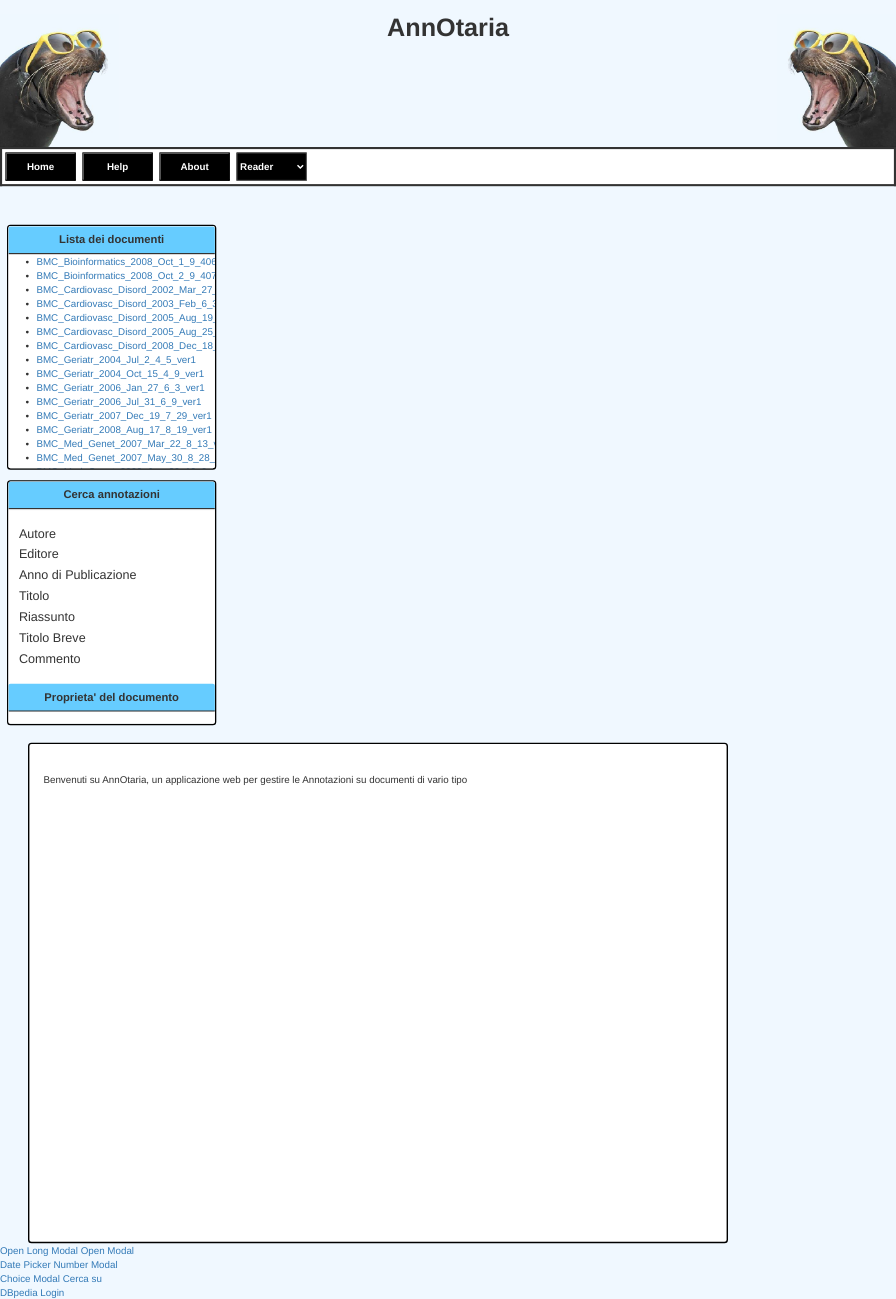
Repository: Bratu92/AnnOtaria
Page: AnnOtaria/View/index.html
The author's editor kept a copy of each file at every save. The page is drawn from the files as they stood at one save, then again after the next save.
The browser window is 1280 px wide. The pictures show the whole page, at 70% of full size.
Some web libraries are served in a nearby version.

Above is the page before, as saved 2015-02-02 16:36:19.

### AnnOtaria/View/index.html
<!DOCTYPE html PUBLIC "-//W3C//DTD HTML 4.01 Transitional//EN" "http://www.w3.org/TR/html4/loose.dtd">
<html>
	<head>
		<title>AnnoOtaria - Title of Document 1</title>
		<script type="text/javascript" src="../lib/jquery-2.1.3.js"></script>
		<!-- Latest compiled and minified CSS -->
		<link rel="stylesheet" href="https://maxcdn.bootstrapcdn.com/bootstrap/3.3.2/css/bootstrap.min.css">

		<!-- Optional theme -->
		<link rel="stylesheet" href="https://maxcdn.bootstrapcdn.com/bootstrap/3.3.2/css/bootstrap-theme.min.css">

		<!-- Latest compiled and minified JavaScript -->
		<script src="https://maxcdn.bootstrapcdn.com/bootstrap/3.3.2/js/bootstrap.min.js"></script>
		<link type="text/css" rel="stylesheet" href="../Css/layoutindex.css"/>
		<link type="text/css" rel="stylesheet" href="../Css/longTextModal.css"/>
		<link type="text/css" rel="stylesheet" href="../Css/shortTextModal.css"/>
		<link type="text/css" rel="stylesheet" href="../Css/numberModal.css"/>
		<link type="text/css" rel="stylesheet" href="../Css/choiceModal.css"/>
		<link type="text/css" rel="stylesheet" href="../Css/layoutDBPedia.css"/>

		<script type="text/javascript" src="../Js/index.js"></script>
		<script type="text/javascript" src="../Js/get_annotations.js"></script>
		<script type="text/javascript" src="../Js/jsDBPedia.js"></script>
		<link href="http://ajax.googleapis.com/ajax/libs/jqueryui/1.8/themes/base/jquery-ui.css" rel="stylesheet" type="text/css"/>
	    <script type="text/javascript" src="http://ajax.googleapis.com/ajax/libs/jquery/1.6.2/jquery.min.js"></script>
        <script src="http://ajax.googleapis.com/ajax/libs/jqueryui/1.8/jquery-ui.min.js"></script>

	</head>
	<body>
		<div class="box0">
			<img class="imgSinistra" src="../File/otariaSinistra.jpg">
			<img class="imgDestra"src="../File/otariaDestra.jpg">
			<h1>AnnOtaria</h1>
		</div>
		<br><br><br><br>
		<div class="menuBar">
		   <table class="tableIndex">
		   <tr class="rigaIndex">
	            <td class="cellaIndex"><input class="menuButton" type="button" onclick="fHelp()" value="Home" name="Home"/></td>
				<td class="cellaIndex"><input class="menuButton" type="button" onclick="fHelp()" value="Help" name="Help"/></td>
				<td class="cellaIndex"><input class="menuButton" type="button" onclick="fAbout()" value="About" name="About"/></td>

				<td class="cellaIndex">
					<select class="selectpicker" onChange="cambiaModalita()" id="mode" >	<!--  class="apri" id="modedata-target="#login"  -->
						<option class="menuOption">Reader</option>
						<option class="menuOption">Annotator</option>
					</select>
				</td>

		   </tr></table>
		</div>

		<div class="box1"><br>
			<div class="metaArea">
				<div class="proprieta">
					<div class="panel-group" id="accordion">
          				<div class="panel-heading">
            				<h1 class="panel-title">
              					<a data-toggle="collapse" data-parent="#accordion" href="#collapse1">Lista dei documenti</a>
            				</h1>
          				</div>
          				<div id="collapse1" class="panel-collapse collapse in">
            				<ul id="list"></ul>
          				</div>
          				<div class="panel-heading">
            				<h1 class="panel-title">
             					<a data-toggle="collapse" href="#collapse2">Proprieta' del documento</a>
            				</h1>
          				</div>
          				<div id="collapse2" class="panel-collapse collapse">
            				<div class="panel-body">
           						COLLASSA!
          					</div>
        				</div>
      				</div>
      			</div>

				<div class="proprieta">
					<div class="panel-group" id="accordion">
          				<div class="panel-heading">
            				<h1 class="panel-title">
              					<a data-toggle="collapse" data-parent="#accordion" href="#collapse3">Cerca annotazioni</a>
            				</h1>
          				</div>
          				<div id="collapse3" class="panel-collapse collapse in">
          					<div class="panel-body">
           						<!-- Annotazioni sul documento -->
								<div id="annDocumento" >
									<div id="ann_autore" class="annotazioni_doc">
										<h4>Autore</h4>
										<ul id="ul_hasAuthor">
										</ul>
									</div>
									<div id="ann_editore" class="annotazioni_doc">
										<h4>Editore</h4>
										<ul id="ul_hasPublisher">
										</ul>
									</div>
									<div id="ann_anno" class="annotazioni_doc">
										<h4>Anno di Publicazione</h4>
										<ul id="ul_hasPublicationYear">
										</ul>
									</div>
									<div id="ann_titolo" class="annotazioni_doc">
										<h4>Titolo</h4>
										<ul id="ul_hasTitle">
										</ul>
									</div>
									<div id="ann_riassunto" class="annotazioni_doc">
										<h4>Riassunto</h4>
										<ul id="ul_hasAbstract">
										</ul>
									</div>
									<div id="ann_titoloBreve" class="annotazioni_doc">
										<h4>Titolo Breve</h4>
										<ul id="ul_hasShortTitle">
										</ul>
									</div>
									<div id="ann_commento" class="annotazioni_doc">
										<h4>Commento</h4>
										<ul id="ul_hasComment">
										</ul>
									</div>

								</div><!--#annotazioni-->
          					</div>
          				</div>
          				<div class="panel-heading">
            				<h1 class="panel-title">
             					<a data-toggle="collapse" href="#collapse4">Proprieta' del documento</a>
            				</h1>
          				</div>
          				<div id="collapse4" class="panel-collapse collapse">
            				<div class="panel-body">
           						Filtri!
          					</div>
        				</div>
      				</div>
      			</div>
			</div>




			<div class="mainArea">
				<h2 id="title"></h2>
				<p id="contenuto"> Benvenuti su AnnOtaria, un applicazione web per gestire le Annotazioni su documenti di vario tipo</p>
			</div>
		</div>







<!------------------------------------------ MODAL WINDOWS ----------------------------------------------->
	<div class="trick">
		<a href="#longTextModal">Open Long Modal</a>
		<div id="longTextModal" class="modalDialog">
			<div>
				<a href="#close" title="Close" class="close">X</a>
				<h4>Inserisci testo:</h4>
				<p><textarea id="longText"></textarea></p>
			</div>
		</div>

		<a href="#openModal0">Open Modal</a>
		<div id="openModal0" class="modalDialog">
			<div>
				<a href="#close" title="Close" class="close">X</a>
				<h2>Inserisci il nome</h2>
				<div>
					<input type="text" class="form-control" id="nome"  maxlength="80" placeholder="Inserisci il nome..." >
				</div>
			</div>
		</div>


		<a href="#datePicker">Date Picker</a>
		<div id="datePicker" class="modalDialog">
			<div>
				<a href="#close" title="Close" class="close">X</a>
				<h1> Inserisci Data </h1>
				<form>
				    <input id="datepicker" readonly/>
       				<button type="submit" class="btn btn-default">Inserisci!</button>
				</form>
			</div>
		</div>


		<a href="#openModal1">Number Modal</a>
		<div id="openModal1" class="modalDialog">
			<div>
				<a href="#close" title="Close" class="close">X</a>
				<h2>Come trovi l'annotazione?</h2>
				<div>
					<form id="bootstrapSelectForm" method="post" class="form-horizontal">
						<div class="form-group">
							<label class="col-xs-3 control-label">Dai un voto:</label>
							<div class="col-xs-5 selectContainer">
								<select name="numbers" class="form-control" multiple title="Choose one number">
                					<option value="one">1</option>
                					<option value="two">2</option>
                					<option value="three">3</option>
                					<option value="four">4</option>
                					<option value="five">5</option>
            					</select>
        					</div>
    					</div>
    					<div class="form-group">
        					<div class="col-xs-5 col-xs-offset-3">
        						<button type="submit" class="btn btn-default">Vota!</button>
        					</div>
    					</div>
					</form>
				</div>
			</div>
		</div>


		<a href="#choiceModal">Choice Modal</a>
		<div id="choiceModal" class="modalDialog">
			<div>
				<a href="#close" title="Close" class="close">X</a>
				<h2>Scegli un'opzione:</h2>
				<form id="bootstrapSelectForm" method="post" class="form-horizontal">
						<div class="form-group">
							<div class="col-xs-5 selectContainer">
								<select name="numbers" class="form-control-choice" multiple title="Scegli la stringa">
                					<option value="string1">stringa1</option>
                					<option value="string2">stringa2</option>
                					<option value="string3">stringa3</option>
                					<option value="string4">stringa4</option>
                					<option value="string5">stringa5</option>
            					</select>
        					</div>
    					</div>
    					<div class="form-group">
        					<div class="col-xs-5 col-xs-offset-3">
        						<button type="submit" class="btn btn-default">Submit</button>
        					</div>
    					</div>
					</form>
			</div>
		</div>


		<a href="#DBpedia">Cerca su DBpedia</a>
		<div id="DBpedia" class="modalDialog">
			<div id="dbpedia">

					<a href="#close" title="Close" class="close">X</a>
					<h4>Cerca su DBPedia:</h4>
						<input type="text" name="search" id="userSearch" size="20" />
						<input type="submit" name="go" value=" Search " onClick="searchDBPedia()"/>
						<div><p id="testo"></p></div>
						<div></div>

			</div>

		</div>



		<a href="#login">Login</a>
		<div class="modalDialog" id="login">
			<div>
				<a href="#close" title="Close" class="close">X</a>
				<h4>Esegui il login per passare alla modalità annotator:</h4><br>
				<div class="inblock">
					<label>Email:</label>
					<label>Username:&#160;&#160;</label>
				</div>
				<div class="inblock">
					<input type="text" name="email" id="login_nome" size="30" /><br>
					<input type="text" name="Username" id="login_email" size="30" /><br>
				</div><br><br><br>
				<input class="btn btn-default" type="button" value="Login" onclick="log()" data-dismiss="modal"/>
				<div>
					<p id="testo"></p></div>
				</div>
		</div>



	</div>


	</body>
</html>

### AnnOtaria/Css/layoutindex.css
@CHARSET "ISO-8859-1";

.box0
{
	position: relative;
	width: 100%;
	height: 100px;
	display: block;
}

body
{
	background-color: #F0F8FF;
}

.menubar
{
	margin-top: 90px;
    width: 100%;
	color: white;
	background-color: black;
	display: block;
}

.menuButton
{
	background-color: black;
	color: white;
	height: 100%;
	width: 100%;
	font-weight:bold;
}

select
{
	background-color: black;
	color: white;
	height: 100%;
	width: 100%;
	font-weight:bold;
}

.box1
{
	margin: 10px;
	display: block;
}


.lista
{
	width: 250px;
	height: 290px;
    overflow: scroll;
	margin-top: 20px;
	border: solid;
	border-width: 2px;
	border-color: #000000;
	border-radius: 5px;
	background-color:white;
}

.scroll
{
	width: 98%;
	border: solid;
	border-width: 1px;
	height: 120px;
	overflow-y: scroll;
}

.proprieta
{
	width: 299px;
	height: 350px;
	overflow: scroll;
	margin-top: 15px;
	border:solid;
	border-width: 2px;
	border-color:#000000;
	border-radius: 5px;
	background-color:white;
}

.filtri
{
	width: 250px;
	height: 290px;
	overflow: scroll;
	margin-top: 15px;
	border:solid;
	border-width: 2px;
	border-color:#000000;
	border-radius: 5px;
	background-color:white;
}

.metaArea
{
	position: relative;
	float:left;
	margin-top:10px;
	border-color:#000000;
}

.mainArea
{
	position: relative;
	border: 2px solid;
	border-color:#000000;
    float: left;
    padding: 20px;
    margin-left: 30px;
    background-color:white;
    margin-top:25px;
    width:1000px;
    height:715px;
    overflow-y:scroll;
    border-radius: 5px;
}

label
{
	display: block;
}

#longtext
{
	min-width: 560px;
	min-height: 136px;
}

h1
{
	text-align:center;
	font-weight:bold;
}

table.tableIndex
{
	width: 100%;
	height: 10%;
}

tr.rigaIndex
{
	background-color: white;
	width:100px;
	height: 50px;
	border:solid;
	borderwidth:2px;

}

td.cellaIndex
{
	position: relative;
	float: left;
	background-color: #000000;
	height: 40px;
	width: 100px;
	margin: 5px;
}

.trick
{
	margin-top:20px;
	width:200px;
}

.titoloArea
{
	text-align:center;
	background-color:#66CCFF;
	display: block;
	border-bottom:solid;
	border-bottom-width:2px;
}

.imgSinistra
{
	width:170px;
	height:190px;
	position:relative;
	float:left;
	margin:0px;
}

.imgDestra
{
	width:170px;
	height:190px;
	position:relative;
	float:right;
	margin:0px;
}

.panel-heading
{
	border-bottom:solid !important;
	border-bottom-width:2px !important;
	background-color:#66CCFF;
	font-weight: bold;
}

.inblock
{
	display: inline;
	position: relative;
	float: left;
}

.onright
{
	position: relative;
	float: right;
}

### AnnOtaria/Css/longTextModal.css
@CHARSET "ISO-8859-1";

.modalDialog {
	position: fixed;
	font-family: Arial, Helvetica, sans-serif;
	top: 0;
	right: 0;
	bottom: 0;
	left: 0;
	background: rgba(0,0,0,0.8);
	z-index: 99999;
	opacity:0;
	-webkit-transition: opacity 400ms ease-in;
	-moz-transition: opacity 400ms ease-in;
	transition: opacity 400ms ease-in;
	pointer-events: none;
}

.modalDialog:target {
	opacity:1;
	pointer-events: auto;
}

.modalDialog > div {
	background: linear-gradient(#fff, #999) repeat scroll 0 0 rgba(0, 0, 0, 0);
    border-radius: 10px;
    height: 200px;
    margin: 10% auto;
    padding: 5px 20px 13px;
    position: relative;
    width: 600px;
}

.close {
	background: #606061;
	color: #FFFFFF;
	line-height: 25px;
	position: absolute;
	right: -12px;
	text-align: center;
	top: -10px;
	width: 24px;
	text-decoration: none;
	font-weight: bold;
	-webkit-border-radius: 12px;
	-moz-border-radius: 12px;
	border-radius: 12px;
	-moz-box-shadow: 1px 1px 3px #000;
	-webkit-box-shadow: 1px 1px 3px #000;
	box-shadow: 1px 1px 3px #000;
}

.close:hover { background: #00d9ff; }

#longText{

	min-height: 132px;
    min-width: 560px;

}

### AnnOtaria/Css/shortTextModal.css
@CHARSET "ISO-8859-1";


.modalDialog {
	position: fixed;
	font-family: Arial, Helvetica, sans-serif;
	top: 0;
	right: 0;
	bottom: 0;
	left: 0;
	background: rgba(0,0,0,0.8);
	z-index: 99999;
	opacity:0;
	-webkit-transition: opacity 400ms ease-in;
	-moz-transition: opacity 400ms ease-in;
	transition: opacity 400ms ease-in;
	pointer-events: none;
}

.modalDialog:target {
	opacity:1;
	pointer-events: auto;
}

.modalDialog > div {
	max-width: 710px;
	position: relative;
	margin: 10% auto;
	padding: 5px 20px 13px 20px;
	border-radius: 10px;
	background: #fff;
	background: -moz-linear-gradient(#fff, #999);
	background: -webkit-linear-gradient(#fff, #999);
	background: -o-linear-gradient(#fff, #999);
}

.close {
	background: #606061;
	color: #FFFFFF;
	line-height: 25px;
	position: absolute;
	right: -12px;
	text-align: center;
	top: -10px;
	width: 24px;
	text-decoration: none;
	font-weight: bold;
	-webkit-border-radius: 12px;
	-moz-border-radius: 12px;
	border-radius: 12px;
	-moz-box-shadow: 1px 1px 3px #000;
	-webkit-box-shadow: 1px 1px 3px #000;
	box-shadow: 1px 1px 3px #000;
}

.close:hover { background: #00d9ff; }




.form-control
{
  display: block;
  width: 100%;
  height: 34px;
  padding: 6px 12px;
  font-size: 14px;
  line-height: 1.428571429;
  maxlenght: 80;
  color: #555555;
  vertical-align: middle;
  background-color: #ffffff;
  border: 1px solid #cccccc;
  border-radius: 4px;
  -webkit-box-shadow: inset 0 1px 1px rgba(0, 0, 0, 0.075);
          box-shadow: inset 0 1px 1px rgba(0, 0, 0, 0.075);
  -webkit-transition: border-color ease-in-out 0.15s, box-shadow ease-in-out 0.15s;
          transition: border-color ease-in-out 0.15s, box-shadow ease-in-out 0.15s;
}

### AnnOtaria/Css/numberModal.css
@CHARSET "ISO-8859-1";

.modalDialog {
	position: fixed;
	font-family: Arial, Helvetica, sans-serif;
	top: 0;
	right: 0;
	bottom: 0;
	left: 0;
	background: rgba(0,0,0,0.8);
	z-index: 99999;
	opacity:0;
	-webkit-transition: opacity 400ms ease-in;
	-moz-transition: opacity 400ms ease-in;
	transition: opacity 400ms ease-in;
	pointer-events: none;
}

.modalDialog:target {
	opacity:1;
	pointer-events: auto;
}

.modalDialog > div {
	background: linear-gradient(#fff, #999) repeat scroll 0 0 rgba(0, 0, 0, 0);
    border-radius: 10px;
    height: 240px;
    margin: 10% auto;
    padding: 5px 20px 13px;
    position: relative;
    width: 600px;
}

.close {
	background: #606061;
	color: #FFFFFF;
	line-height: 25px;
	position: absolute;
	right: -12px;
	text-align: center;
	top: -10px;
	width: 24px;
	text-decoration: none;
	font-weight: bold;
	-webkit-border-radius: 12px;
	-moz-border-radius: 12px;
	border-radius: 12px;
	-moz-box-shadow: 1px 1px 3px #000;
	-webkit-box-shadow: 1px 1px 3px #000;
	box-shadow: 1px 1px 3px #000;
}

.close:hover { background: #00d9ff; }

#bootstrapSelectForm .selectContainer .form-control-feedback
{
    /* Adjust feedback icon position */
    right: -15px;
}

### AnnOtaria/Css/choiceModal.css
@CHARSET "ISO-8859-1";

.form-control-choice
{
	width: 560px;
    /* Adjust feedback icon position */
    <!--right: -15px;-->
}

### AnnOtaria/Css/layoutDBPedia.css
@CHARSET "ISO-8859-1";

.modalDialog
{
	position: fixed;
	font-family: Arial, Helvetica, sans-serif;
	top: 0;
	right: 0;
	bottom: 0;
	left: 0;
	background: rgba(0,0,0,0.8);
	z-index: 99999;
	opacity:0;
	-webkit-transition: opacity 400ms ease-in;
	-moz-transition: opacity 400ms ease-in;
	transition: opacity 400ms ease-in;
	pointer-events: none;
}


.modalDialog:target
{
	opacity:1;
	pointer-events: auto;
}

.modalDialog > div#dbpedia
{
	background: linear-gradient(#fff, #999) repeat scroll 0 0 rgba(0, 0, 0, 0);
    border-radius: 10px;
    height: auto;
    margin: 10% auto;
    padding: 5px 20px 13px;
    position: relative;
    width: 600px;
    top: -113px;
}



.close
{
	background: #606061;
	color: #FFFFFF;
	line-height: 25px;
	position: absolute;
	right: -12px;
	text-align: center;
	top: -10px;
	width: 24px;
	text-decoration: none;
	font-weight: bold;
	-webkit-border-radius: 12px;
	-moz-border-radius: 12px;
	border-radius: 12px;
	-moz-box-shadow: 1px 1px 3px #000;
	-webkit-box-shadow: 1px 1px 3px #000;
	box-shadow: 1px 1px 3px #000;
}

.close:hover { background: #00d9ff; }#00d9ff; }

### AnnOtaria/Js/index.js

var annotazioni = [];
var lista_autori = [];
var docCorrente;
var mode=0;			//0 = reader , 1=annotator
var username;		//prendo l'username quando passo in modalità annotatore
var email;			//prendo l'email quando passo in modalità annotatore

function main()
{
	$.ajax(
	{
		method: 'GET',
		url: '../File/indirizzi.json',
		success: function(d)
		{
			for (var i=0; i<d.length; i++)
			{
				$('#list').append("<li><a href='#' onclick='load(\""+d[i].url+"\",\""+d[i].label+"\")'>"+d[i].label+"</a></li>");
			}
		},
		error: function(a,b,c)
		{
			alert('Nessun documento da mostrare')
		}
	});
}



function load(url, file)
{
	docCorrente = file;
	$.ajax(
	{
		method: 'GET',
		url: url,
		success: function(result)
		{
			$('#contenuto').html(result)
			$('#title').html($('#contenuto h1'));
			/*Carica informazioni del documento*/
			caricaInfoDoc(result, file);
			selectAnnotazioniDocumento(file+".html");
		},
		error: function(a,b,c)
		{
			alert('Non ho potuto caricare il file '+file)
		}
	});
}

$(document).ready(function()
{
	$("#datepicker").datepicker(
	{
		DateFormat: 'dd/mm/yy'
	});
	main();
});

/*Carica le informazioni sul documento*/
function caricaInfoDoc(result, title)
{
	var info = $(result).find(".metadata-group");
	$('#infoDocumento div.active').hide();
	$('#infoDocumento div').removeClass("active");
	$('#infoDocumento').append("<div id='info_"+title+"' class='active'></div>");
	$('#infoDocumento div.active').show();
	for (var i=0; i<2; i++)
	{
		 $('#info_'+title).append(info[i]);
	}
}



function cambiaModalita()
{
	alert("aperto il cambia modalita");
	if(mode == 1)	/*Da annotator a reader*/
	{
		alert("partiamo da modalita annotator");
		$('#mode').attr("data-toggle","");
		$('#mode').attr("data-target","");
		var esci = true;
		if(annotazioniCreate >0)	/*Ci sono annotazioni non salvate, chiedo all'utente cosa vuole fare*/
		{
			esci = confirm('Tornando in modalit&agrave; Reader tutte le annotazioni non salvate andranno perse! Procedere comunque?');
		}			/*Esco solo nel caso in cui non ci sono annotazioni pendenti, o se l'utente ha dato il consenso*/
		if(esci == true)
		{
			/*Resetto tutto*/
			utente[ut_nome]= "";
			utente[ut_email]="";
			mode = 0;
			/*$('#gestisci_ann').attr("style","display:none");
			$('#ann_doc').attr("style","display:none");
			$('#ann_fram').attr("style","display:none");
			$('#mode').html("<span>Mode: Reader</span>");
			testoSelez="";
			modificaInCorso = 0;
			$("#bt_eliminaAnnotazioni").trigger("click");*/
		}
	}
	if(mode == 0)
	{
		alert("parti da reader e vai in annotator");
		//$('#mode').attr("data-toggle","modal");
		$('#mode').attr("data-target","#login");
	}
}




function log()
{
	{
		try
		{
			alert("dentro il try del controllo login");
			if(($("#login_nome").val().length == 0))
			{		/*Controlliamo che sia stato inserito il nome*/
				throw "Devi inserire il nome";
				alert("dentro il l'if del nome");
			}
			if(($("#login_email").val().length == 0))
			{		/*Controlliamo che sia stata inserita l'email*/
				throw "Devi inserire l'email";
				alert("dentro il l'if dell'email");
			}
			/*Se e' tutto ok salviamo i valori e passiamo in modalita'  annotator*/
			username=($("#login_nome").val());
			email=($("#login_email").val());
			alert(username);
			alert(email);
			mode = 1; /*Passiamo in modalitÃ  annotatore*/
			//$('#mode').html("<span>Annotator: <b>"+utente[0]+"</b></span>");
			/*Qui bisogna inserire i comandi dell'annotator*/
			/*$('#gestisci_ann').attr("style","inline");
			$('#ann_doc').attr("style","inline");
			$('#ann_fram').attr("style","inline");
			$("#login_nome").val("");
			$("#login_email").val("");*/
		}
		catch(err)
		{
			$("#login_nome").val("");
			$("#login_email").val("");
			alert(err);
			alert("qualcosa e' andato storto");
		}
	}
}

### AnnOtaria/Js/jsDBPedia.js
function searchDBPedia(){

	var userInput= $("#userSearch").val();
	userInput = userInput.replace(/ /g, '_');

	 var url = "http://dbpedia.org/sparql";

	 var query = "\
	     PREFIX dbpedia2: <http://dbpedia.org/resource/>\
	     PREFIX Abs: <http://dbpedia.org/ontology/>\
	     SELECT ?abstract\
		 WHERE {\
	            dbpedia2:"+userInput+" Abs:abstract ?abstract\ " +
	            		"FILTER(LANG(?abstract) = \"\" || LANGMATCHES(LANG(?abstract), \"it\"))}";



	 var queryUrl = encodeURI( url+"?query="+query+"&format=json" );
	    $.ajax({
	        dataType: "jsonp",
	        url: queryUrl,
	        success: function( _data ) {
	            var results = _data.results.bindings;
	            for ( var i in results ) {
	                var res = results[i].abstract.value;
	                $("#testo").text(res);

	            }
	        }
	    });





}

Loaded but not shown: AnnOtaria/lib/jquery-2.1.3.js (library); AnnOtaria/File/indirizzi.json (122 lines, source omitted); AnnOtaria/Js/get_annotations.js (412 lines, source omitted)

After the next save:
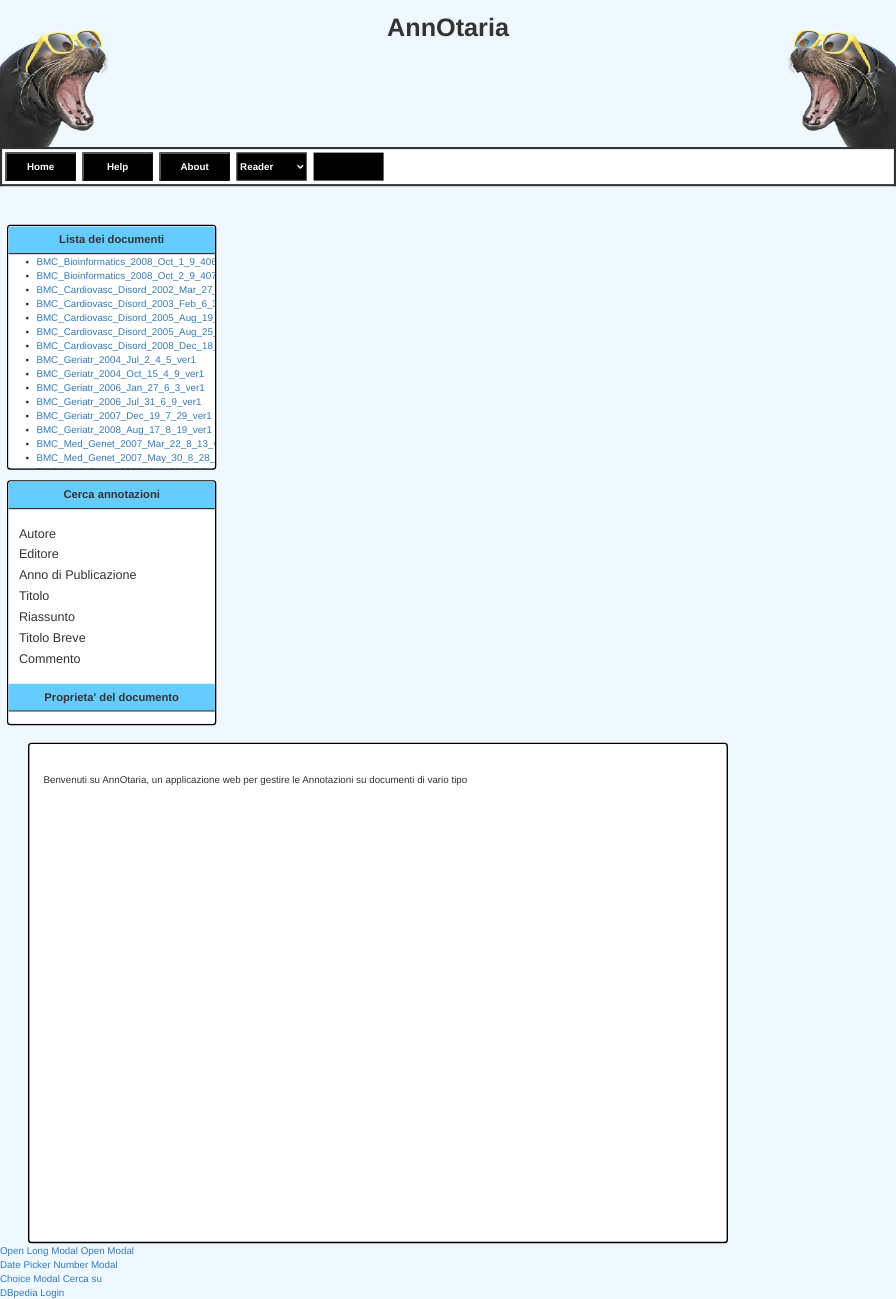
Saved 3 min 21 s later.
--- a/AnnOtaria/View/index.html
+++ b/AnnOtaria/View/index.html
@@ -45,6 +45,8 @@
 						<option class="menuOption">Reader</option>
 						<option class="menuOption">Annotator</option>
 					</select>
+				</td>
+				<td class="cellaIndex" id="userAnnotator">
 				</td>
 
 		   </tr></table>
